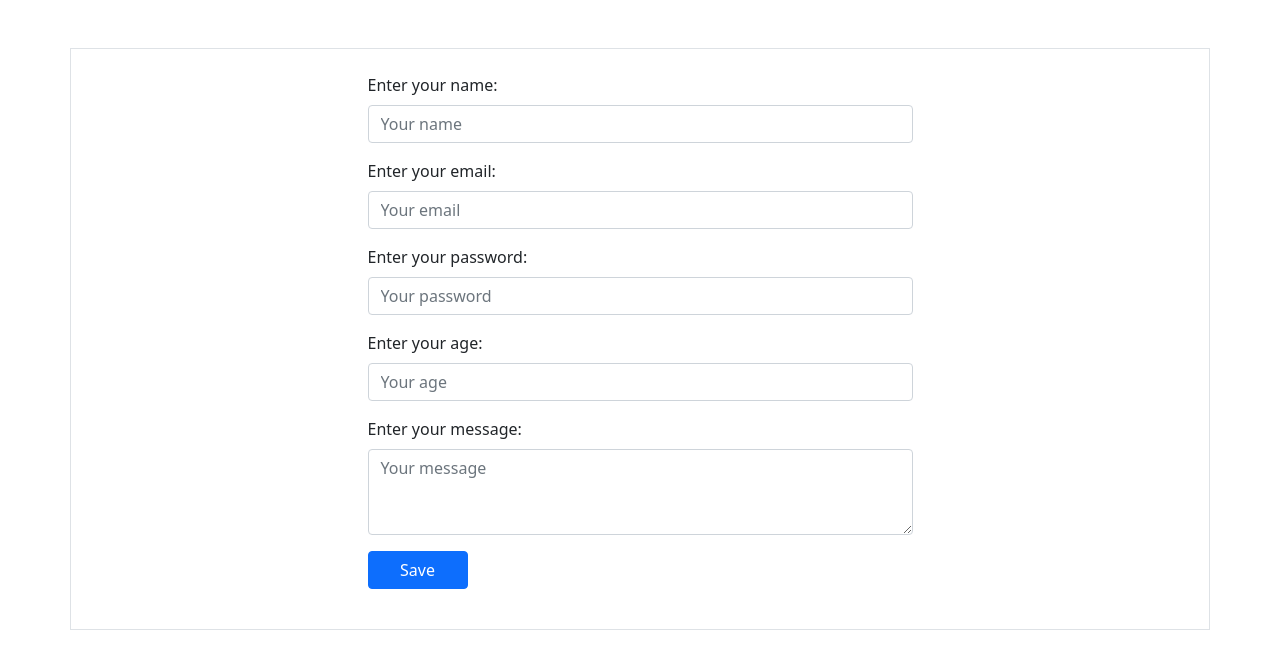
Repository: Abdulahi338/mp3-player-using-js
Page: Bootstrap/form.html
These files come from the project's save history. The page is drawn as it stood at one moment and after the next save; the edit follows.
The browser window is 1280 px wide. The pictures show the whole page.

Above is the page before, as saved 2025-02-01 14:33:41.

### Bootstrap/form.html
<!DOCTYPE html>
<html lang="en">
<head>
    <meta charset="UTF-8">
    <meta name="viewport" content="width=device-width, initial-scale=1.0">
    <title>Form Example</title>
    <link href="https://cdn.jsdelivr.net/npm/bootstrap@5.0.2/dist/css/bootstrap.min.css" rel="stylesheet" integrity="sha384-EVSTQN3/azprG1Anm3QDgpJLIm9Nao0Yz1ztcQTwFspd3yD65VohhpuuCOmLASjC" crossorigin="anonymous">
</head>
<body>
    <div class="container my-5 bg-white border p-4">
        <div class="col-6 mx-auto">
            <form action="">
                <!-- Name Input -->
                <div class="mb-3">
                    <label for="name" class="form-label">Enter your name:</label>
                    <input type="text" class="form-control" id="name" name="name" placeholder="Your name" required>
                </div>

                <!-- Email Input -->
                <div class="mb-3">
                    <label for="email" class="form-label">Enter your email:</label>
                    <input type="email" class="form-control" id="email" name="email" placeholder="Your email" required>
                </div>

                <!-- Password Input -->
                <div class="mb-3">
                    <label for="password" class="form-label">Enter your password:</label>
                    <input type="password" class="form-control" id="password" name="password" placeholder="Your password" required>
                </div>

                <!-- Age Input -->
                <div class="mb-3">
                    <label for="age" class="form-label">Enter your age:</label>
                    <input type="number" class="form-control" id="age" name="age" placeholder="Your age" required>
                </div>

                <!-- Message Textarea -->
                <div class="mb-3">
                    <label for="message" class="form-label">Enter your message:</label>
                    <textarea class="form-control" id="message" name="message" rows="3" placeholder="Your message" required></textarea>
                </div>

                <!-- Submit Button -->
                <div class="mb-3 cols-6">
                    <button type="submit" class="btn btn-primary " style="width: 100px;">Save</button>
                </div>
            </form>
        </div>
    </div>

    <script src="https://cdn.jsdelivr.net/npm/bootstrap@5.0.2/dist/js/bootstrap.bundle.min.js" integrity="sha384-MrcW6ZMFYlzcLA8Nl+NtUVF0sA7MsXsP1UyJoMp4YLEuNSfAP+JcXn/tWtIaxVXM" crossorigin="anonymous"></script>
</body>
</html>

After the next save:
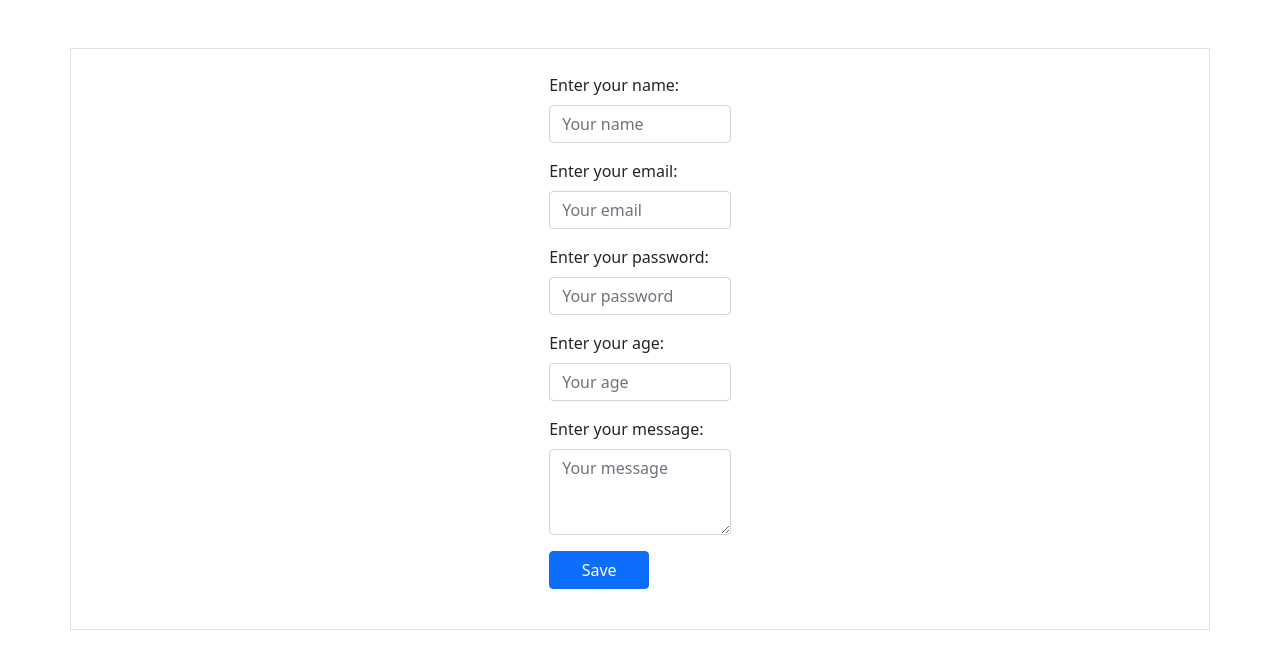
Saved 71 s later.
--- a/Bootstrap/form.html
+++ b/Bootstrap/form.html
@@ -8,7 +8,7 @@
 </head>
 <body>
     <div class="container my-5 bg-white border p-4">
-        <div class="col-6 mx-auto">
+        <div class="col-2 mx-auto">
             <form action="">
                 <!-- Name Input -->
                 <div class="mb-3">
